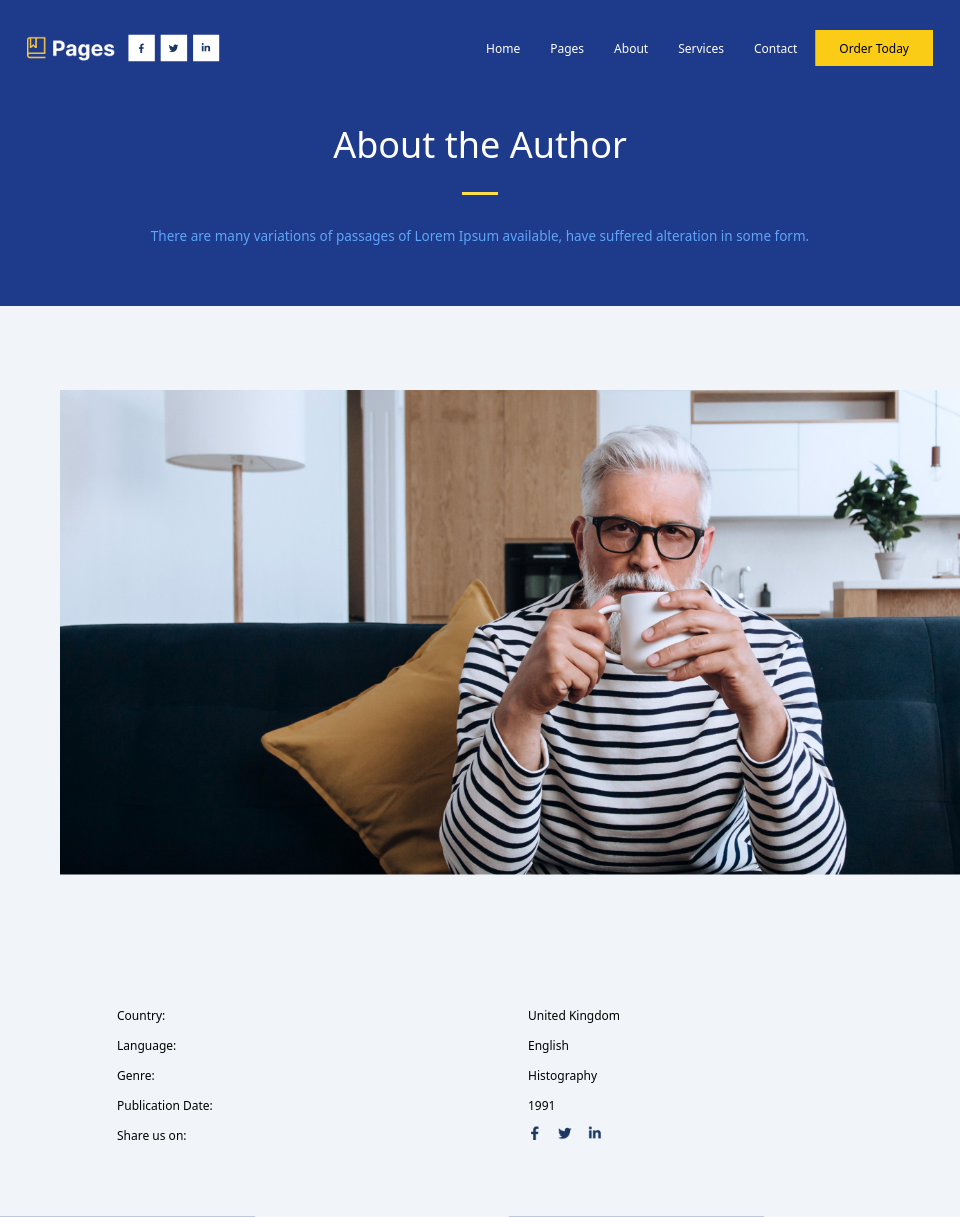
Repository: Godnorg/Class3
Page: index.html
The author's editor kept a copy of each file at every save. The page is drawn from the files as they stood at one save, then again after a run of saves.
The browser window is 1280 px wide. The pictures show the whole page, at 75% of full size.
Some web libraries are served in a nearby version.

Above is the page before, as saved 2023-02-19 02:32:18.

After the next 2 saves:
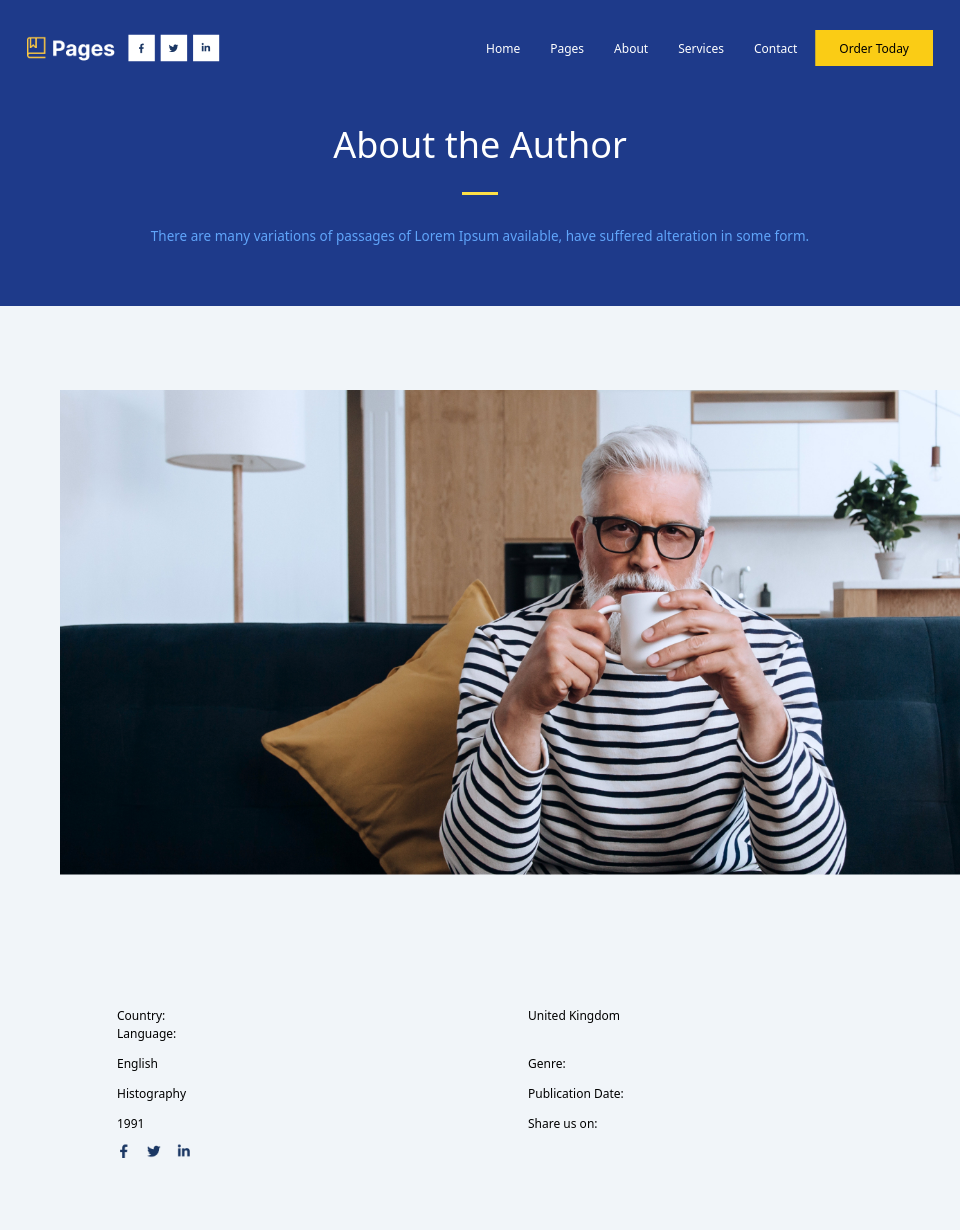
The 2 saves are shown as one change because they came seconds apart.
The last was saved 7 s later.
--- a/index.html
+++ b/index.html
@@ -39,9 +39,9 @@
             <div class="grid grid-cols-2 py-24 ml-28 gap-x-4 gap-y-4 bg-color-white px-11">
                 <div>
                 <h2>Country:</h2>
+                <h2>Language:</h2>
             </div>
                 <p>United Kingdom</p>
-                <h2>Language:</h2>
                 <p>English</p>
                 <h2>Genre:</h2>
                 <p>Histography</p>
